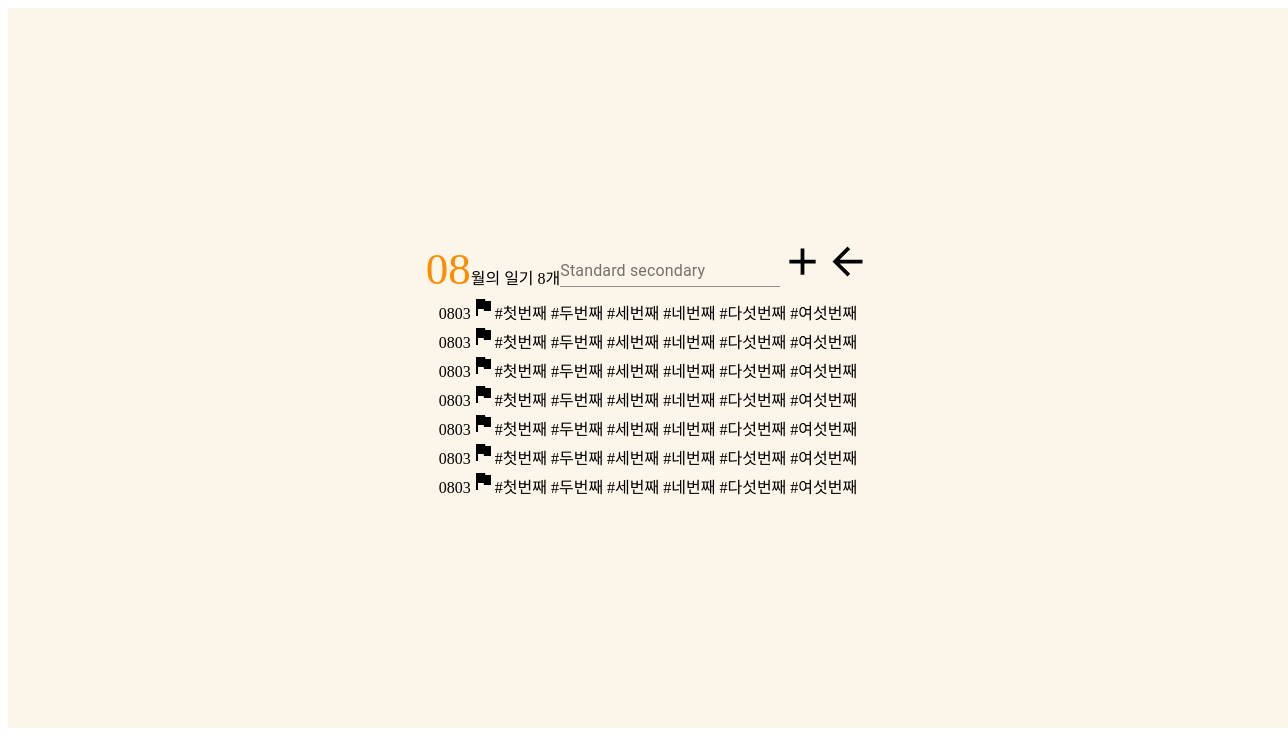
Repository: IMHANA/diary
Page: /list
These files come from the project's save history. The page is drawn as it stood at one moment and after the next save; the edit follows.
The browser window is 1280 px wide. The page is 1288 px wide, so the pictures cover 1288 px, including what lies to the right of the window. The pictures show the whole page.
The project was rebuilt for these pictures with package versions that can differ from the ones it lists, and the page was loaded fresh each time. Also part of the build but not shown: src/App.css, src/pages/Main/main.js, src/pages/Month/month.js.

Above is the page before, as saved 2021-08-05 16:24:37.

After the next save:
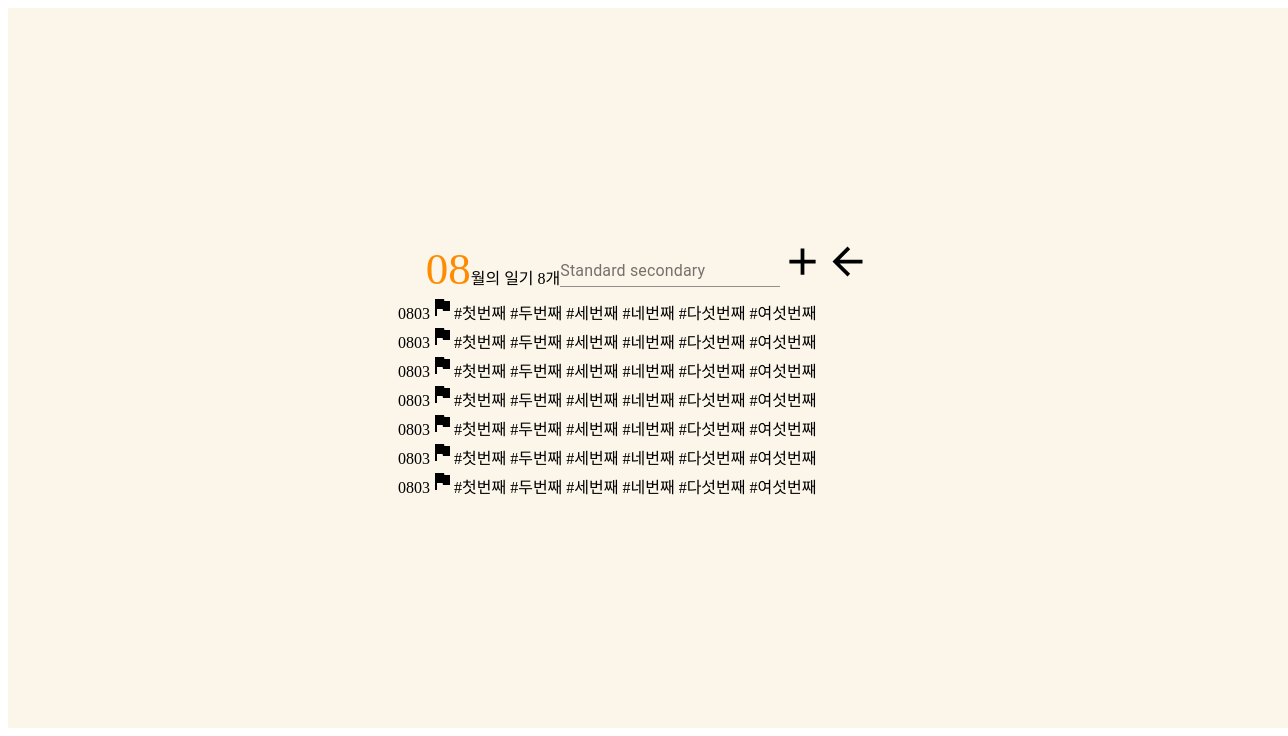
Saved 45 s later.
--- a/src/pages/DayList/dayList.css
+++ b/src/pages/DayList/dayList.css
@@ -11,3 +11,8 @@
     color:darkorange;
     font-size: 45px;
 }
+
+.list_box {
+    width: 500PX;
+    height: auto;
+}

After the save that followed:
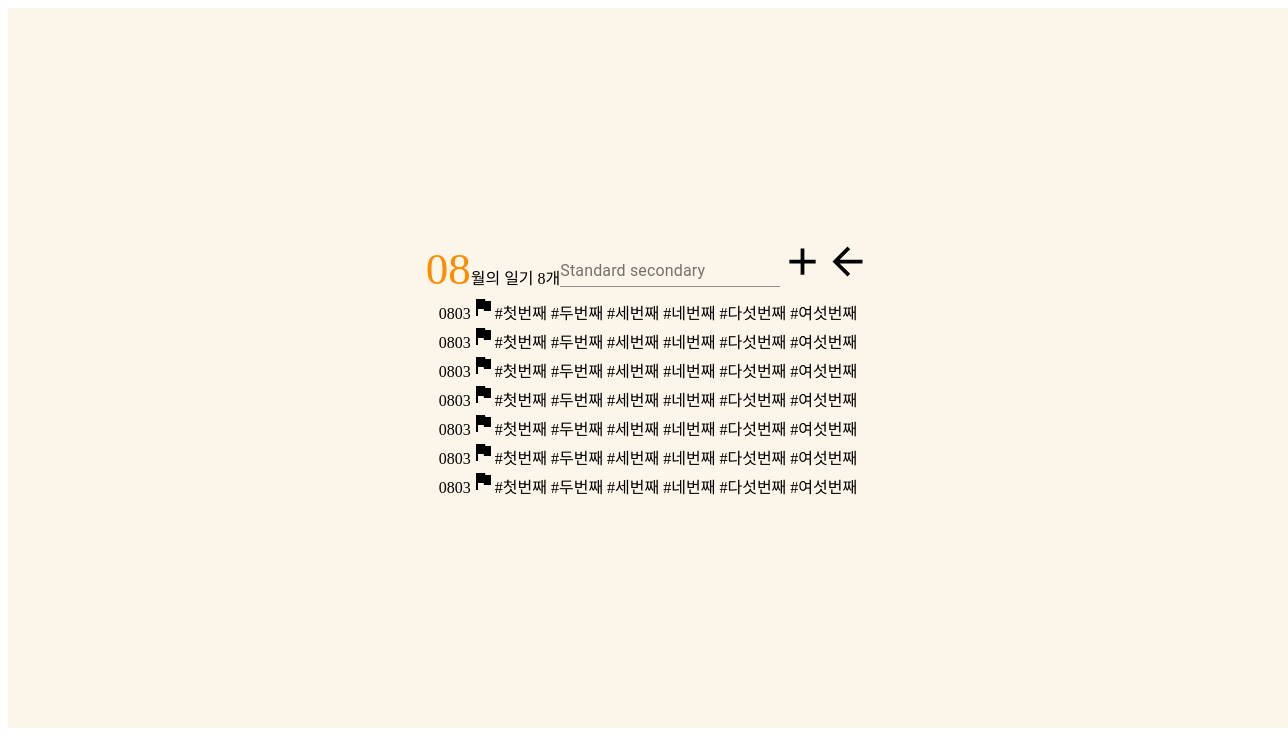
Saved 5 min 14 s later.
--- a/src/pages/DayList/dayList.css
+++ b/src/pages/DayList/dayList.css
@@ -12,7 +12,7 @@
     font-size: 45px;
 }
 
-.list_box {
+.sub_box {
     width: 500PX;
     height: auto;
 }
